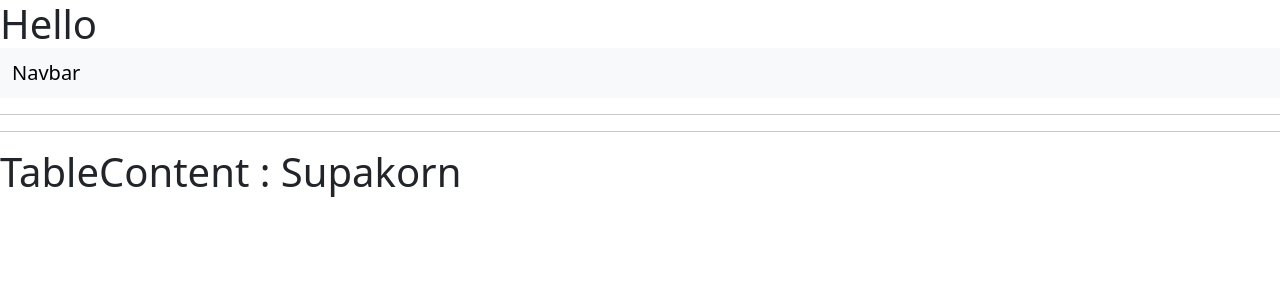
Repository: supakorn5039-boon/React-s
Page: /
An editor plug-in stored every save of this project. The page is shown before and after the next save, followed by the edit.
The browser window is 1280 px wide. The pictures show the whole page.
The project was rebuilt for these pictures with package versions that can differ from the ones it lists, and the page was loaded fresh each time. Also part of the build but not shown: vite.config.js, src/inedx.css.

Above is the page before, as saved 2024-01-09 09:21:14.

### src/main.jsx
import React from "react";
import ReactDOM from "react-dom/client";
import App from "./App.jsx";
import "./inedx.css";
import "bootstrap/dist/css/bootstrap.css";

ReactDOM.createRoot(document.getElementById("root")).render(
  <React.StrictMode>
    <App />
  </React.StrictMode>
);

### src/App.jsx
import { useState } from "react";
import Navbar from "./components/Navbar";
import TableContent from "./components/TableContent";
import Card from "./components/Card";

export default function App() {
  const [data, setData] = useState("Supakorn");
  var name = "Boon";

  const handleShow = () => {
    console.log("Click");
  };

  return (
    <h1>
      Hello
      <Navbar text={name} handleShow={handleShow} setData={setData} />
      <hr />
      <Card />
      <hr />
      <TableContent data={data} />
    </h1>
  );
}

### src/components/Navbar.jsx
import { useState } from "react";

/* eslint-disable react/prop-types */
export default function Navbar() {
  const [show, setShow] = useState(false);

  const [s, setS] = useState([
    { name: "boon", detail: "msi" },
    { name: "Supakorn", detail: "coding" },
  ]);
  const handleClick = () => {
    setS(s + 1);
    setShow(true);
    if (show === true) {
      alert("555+");
    }
  };

  return (
    <>
      <nav className="navbar bg-body-tertiary">
        <div className="container-fluid">
          <a className="navbar-brand" href="#">
            Navbar
          </a>
        </div>
      </nav>
    </>
  );
}

### src/components/TableContent.jsx
export default function TableContent({ data }) {
  return (
  <div>TableContent : {data}</div>
  )
}

### src/components/Card.jsx

export default function Card() {
  return (
    <div>

    </div>
  )
}

Loaded but not shown: index.html (common file)

After the next save:
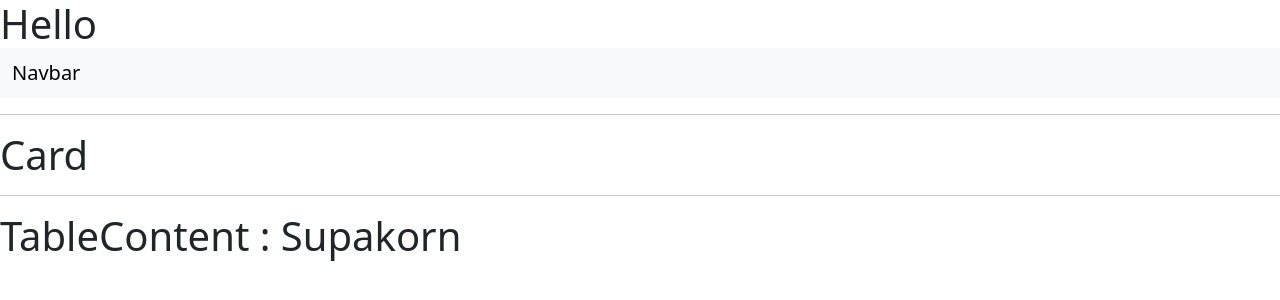
Saved 11 s later.
--- a/src/components/Card.jsx
+++ b/src/components/Card.jsx
@@ -1,8 +1,3 @@
-
 export default function Card() {
-  return (
-    <div>
-
-    </div>
-  )
+  return <div>Card</div>;
 }
